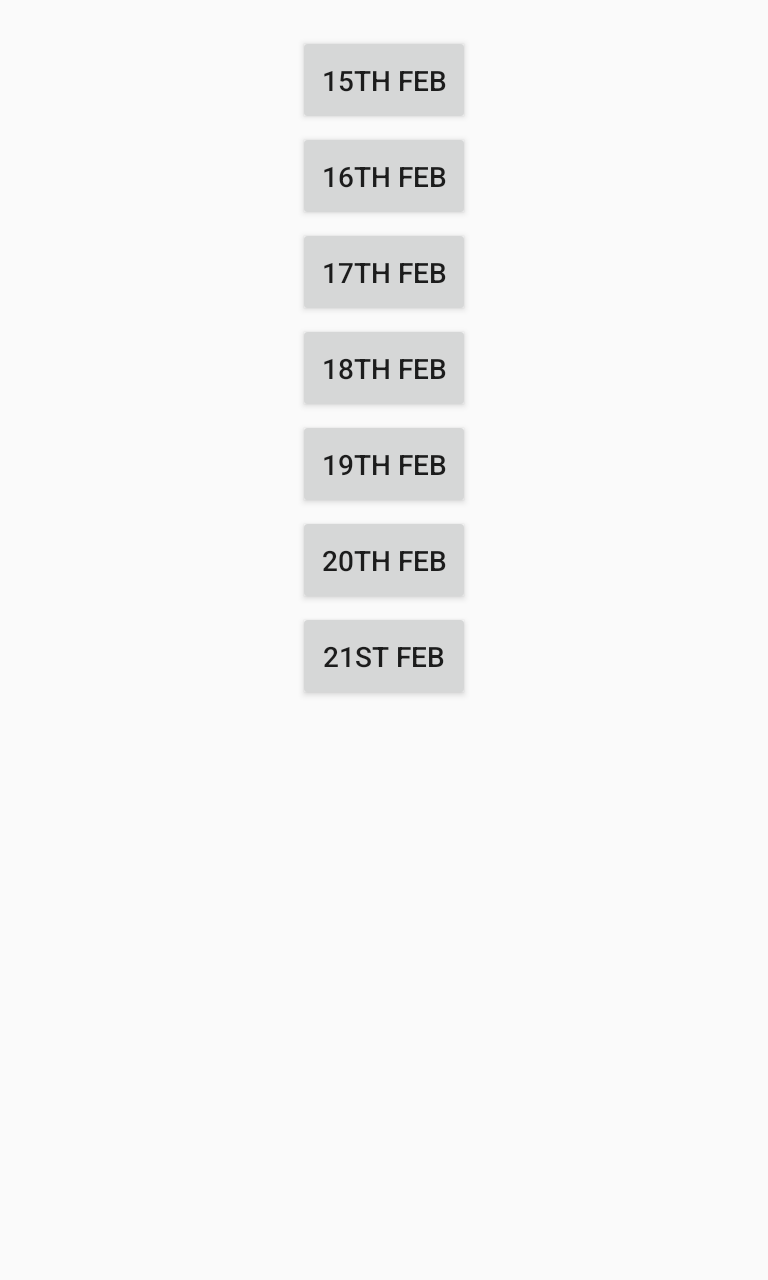
Repository: Attaphon1996/Engineering-Stuff
Layout: OSource/Android Play/Android_Projects/YASH15.0/res/layout/activity_main.xml
The author's editor kept a copy of each file at every save. The layout is drawn from the files as they stood at one save, then again after the next save.
It is drawn on a 768 x 1280 px phone screen (xhdpi) without system bars, with theme AppTheme; the app's code is not run.

Above is the layout before, as saved 2015-02-08 04:45:38.

After the next save:
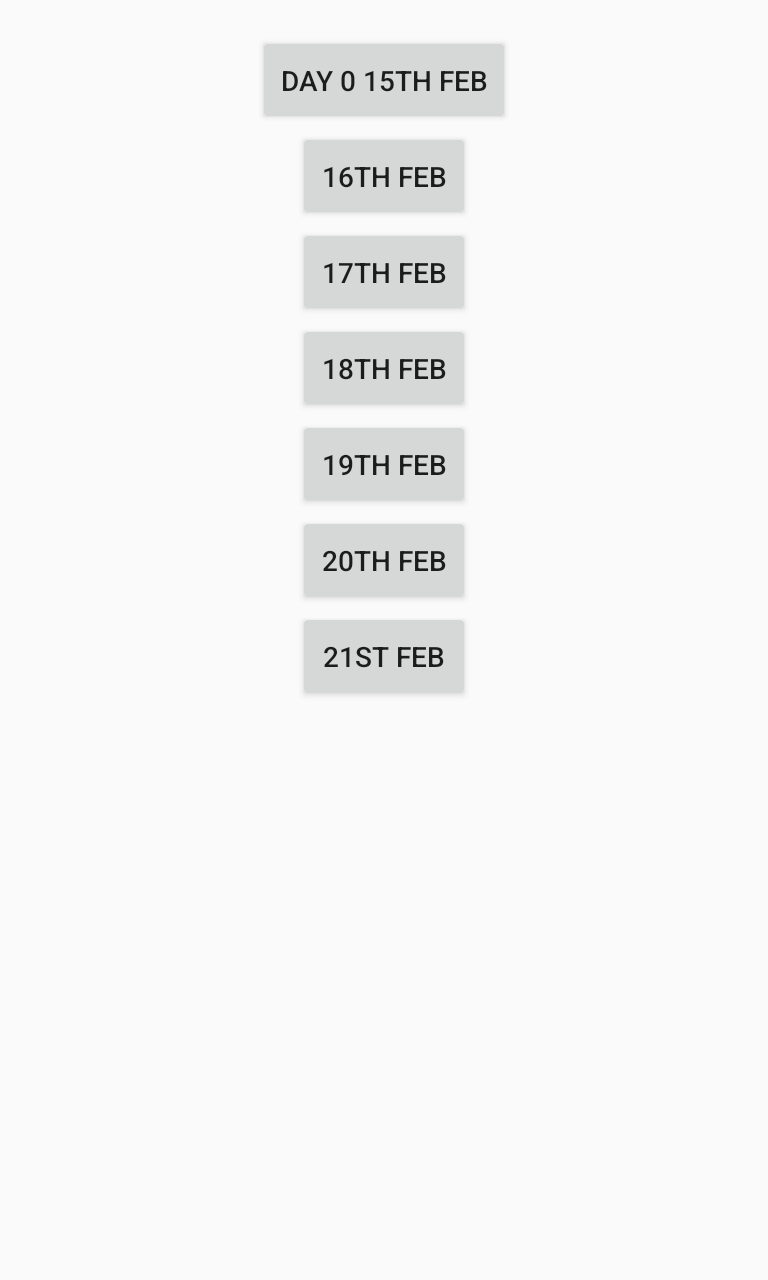
Saved 49 s later.
--- a/OSource/Android Play/Android_Projects/YASH15.0/res/values/strings.xml
+++ b/OSource/Android Play/Android_Projects/YASH15.0/res/values/strings.xml
@@ -4,7 +4,7 @@
     <string name="app_name">YASH 15.0</string>
     <string name="hello_world">Hello world!</string>
     <string name="action_settings">Settings</string>
-    <string name="day0">15th Feb</string>
+    <string name="day0">Day 0 15th Feb</string>
     <string name="day1">16th Feb</string>
     <string name="day2">17th Feb</string>
     <string name="day3">18th Feb</string>
